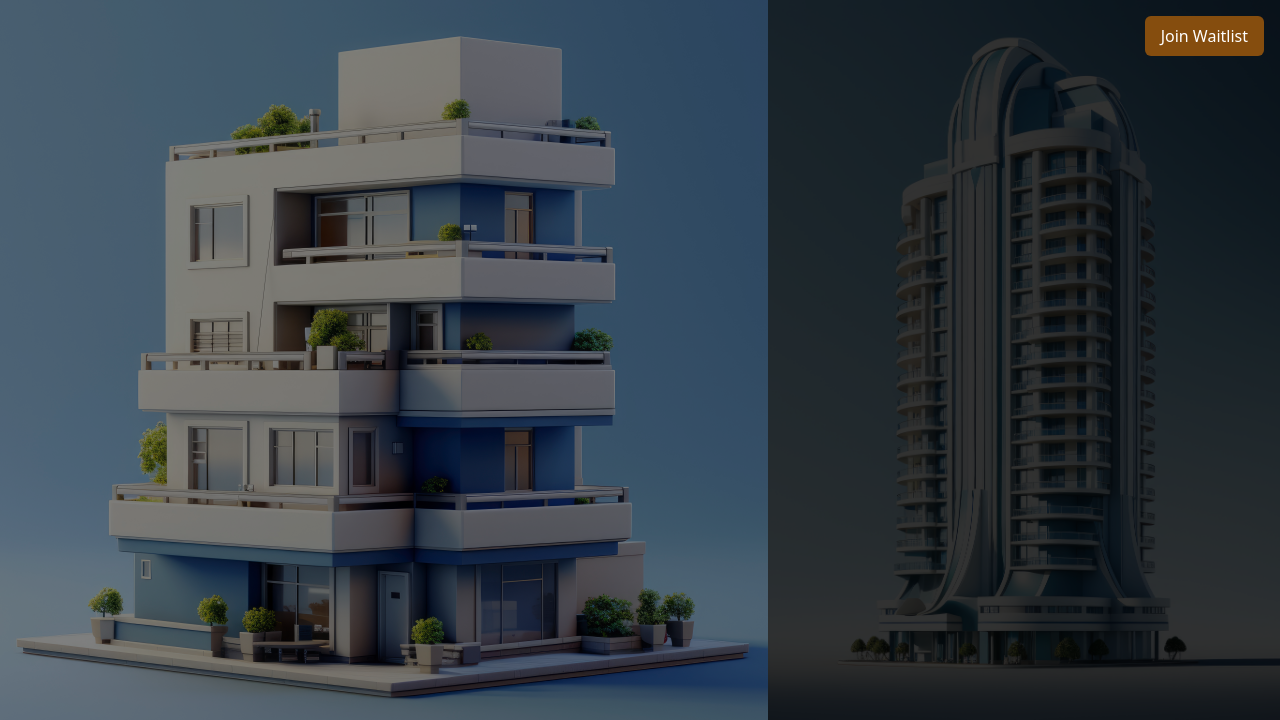
Repository: brytemenz/investnest-landing
Page: /
The author's editor kept a copy of each file at every save. The page is drawn from the files as they stood at one save, then again after the next save.
The browser window is 1280 px wide. The pictures show the whole page.
The project was rebuilt for these pictures with package versions that can differ from the ones it lists, and the page was loaded fresh each time. Also part of the build but not shown: vite.config.js.

Above is the page before, as saved 2024-05-28 19:08:23.

### src/main.jsx
// src/main.jsx
import 'antd/dist/reset.css';
import './index.css';
import './landingPage.css';
import React from 'react';
import ReactDOM from 'react-dom/client';
import App from './App';

ReactDOM.createRoot(document.getElementById('root')).render(
  <React.StrictMode>
    <App />
  </React.StrictMode>
);

### src/landingPage.css
/* src/landingPage.css */
.bg-cover {
  background-size: cover;
}

.bg-center {
  background-position: center;
}

### src/App.jsx
// src/App.jsx
import React from 'react';
import LandingPage from './pages/landingPage';

const App = () => {
  return (
    <LandingPage />
  );
};

export default App;

### src/pages/landingPage.jsx
// src/pages/LandingPage.jsx
import React from 'react';
import leftImage from '../assets/leftimage.jpg';
import rightImage from '../assets/rightimage.jpg';
import '../landingPage.css';

const LandingPage = () => {
  return (
    <div className="flex min-h-screen">
      <div className="w-3/5 relative">
        <div className="absolute inset-0 bg-black bg-opacity-50"></div>
        <div className="bg-cover bg-center h-full" style={{ backgroundImage: `url(${leftImage})` }}></div>
      </div>
      <div className="w-2/5 relative">
        <div className="absolute inset-0 bg-black bg-opacity-80"></div>
        <div className="bg-cover bg-center h-full" style={{ backgroundImage: `url(${rightImage})` }}>
          <button className="absolute top-4 right-4 bg-yellow-800 text-white px-4 py-2 rounded-md">Join Waitlist</button>
        </div>
      </div>
    </div>
  );
};

export default LandingPage;

Loaded but not shown: src/index.css (common file); tailwind.config.js (common file)

After the next save:
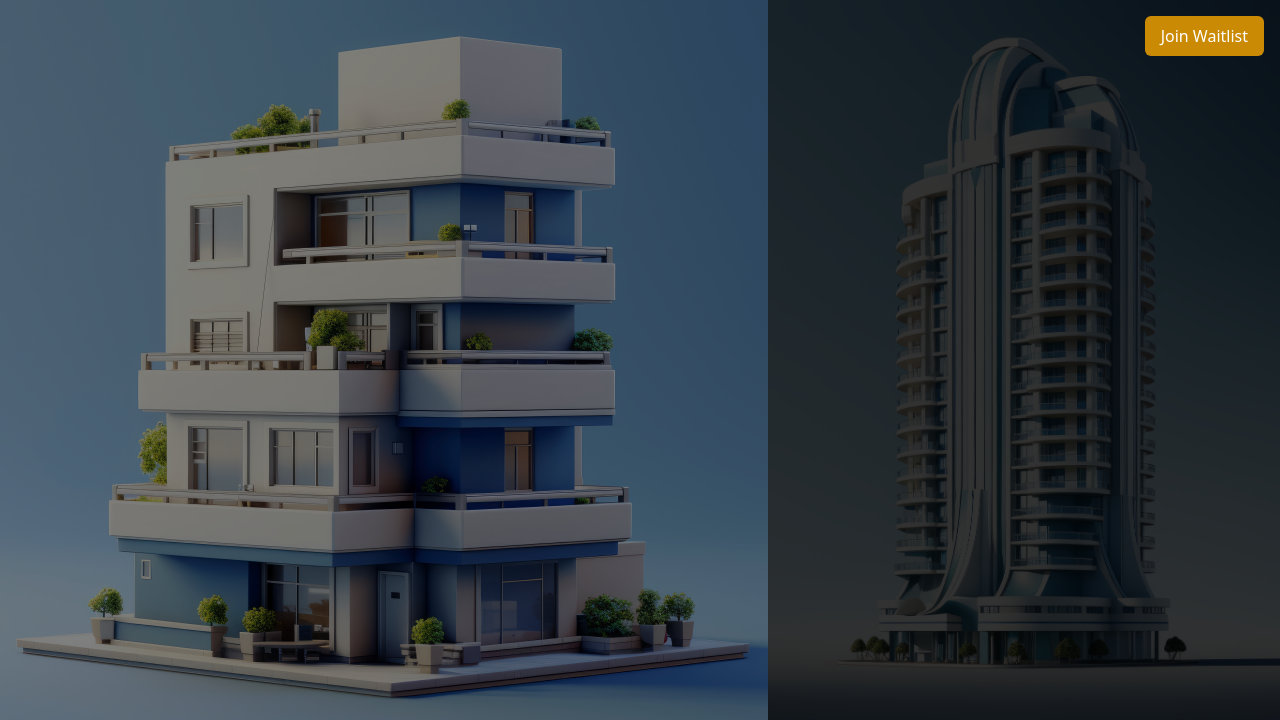
Saved 8 s later.
--- a/src/pages/landingPage.jsx
+++ b/src/pages/landingPage.jsx
@@ -14,7 +14,7 @@ const LandingPage = () => {
       <div className="w-2/5 relative">
         <div className="absolute inset-0 bg-black bg-opacity-80"></div>
         <div className="bg-cover bg-center h-full" style={{ backgroundImage: `url(${rightImage})` }}>
-          <button className="absolute top-4 right-4 bg-yellow-800 text-white px-4 py-2 rounded-md">Join Waitlist</button>
+          <button className="absolute top-4 right-4 bg-yellow-600 text-white px-4 py-2 rounded-md">Join Waitlist</button>
         </div>
       </div>
     </div>
